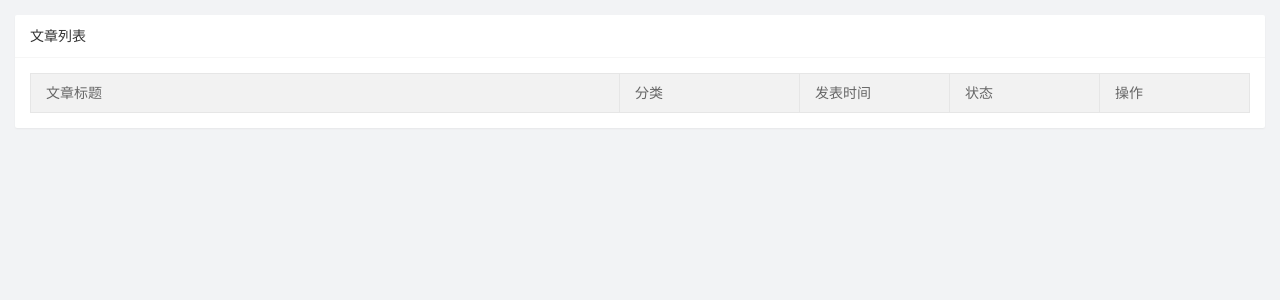
Repository: R1Deemo/Main-project
Page: article/art_list.html
These files come from the project's save history. The page is drawn as it stood at one moment and after the next save; the edit follows.
The browser window is 1280 px wide. The pictures show the whole page.
The page's requests for data from a server got no answer.

Above is the page before, as saved 2022-11-12 15:52:22.
Console error: TypeError: Cannot read properties of undefined (reading 'status')

After the next save:
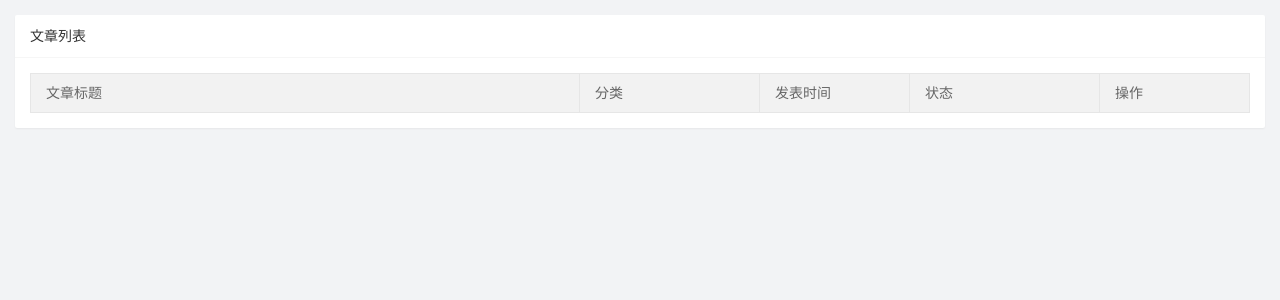
Saved 13 s later.
--- a/article/art_list.html
+++ b/article/art_list.html
@@ -23,7 +23,7 @@
                     <col>
                     <col width="180">
                     <col width="150">
-                    <col width="150">
+                    <col width="190">
                     <col width="150">
 
                 </colgroup>
